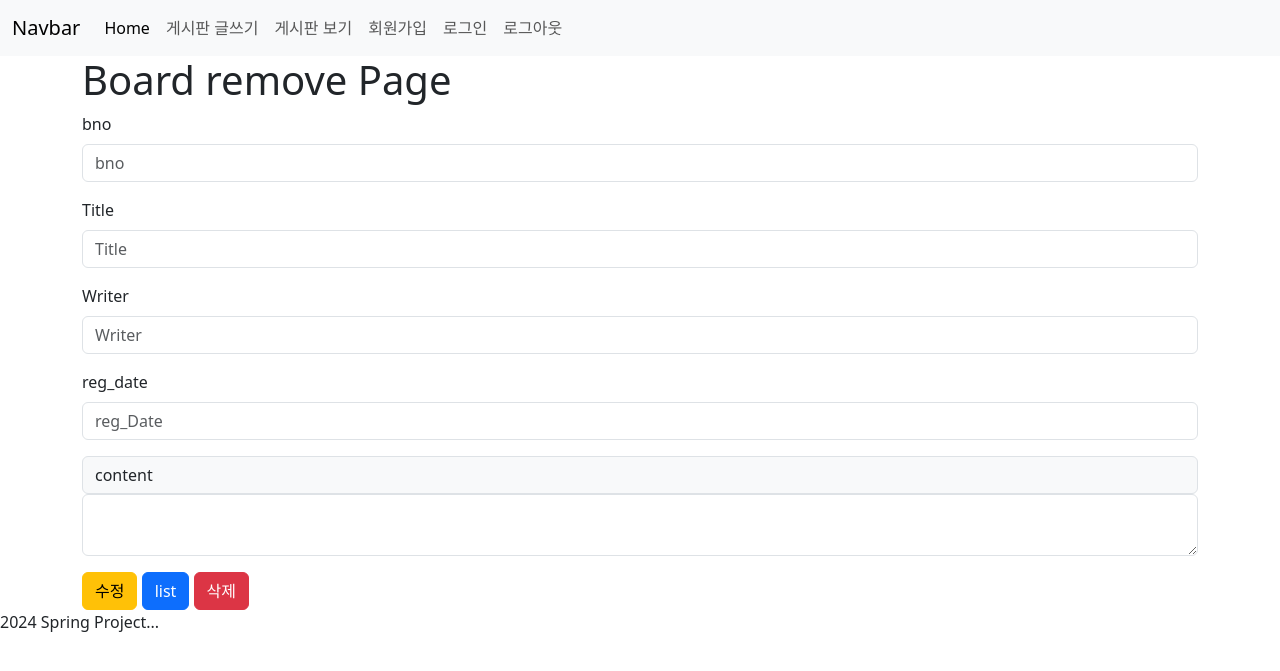
Repository: leegangjin/springTest240430
Page: http://localhost/spring_study/WEB-INF/views/board/remove.jsp
An editor plug-in stored every save of this project. The page is shown before and after the next save, followed by the edit.
The browser window is 1280 px wide. The pictures show the whole page.
The page is served by Tomcat 9. Nobody is signed in. The template is opened directly, without the code that normally fills it, so the values that code supplies are empty.

Above is the page before, as saved 2024-04-24 06:51:02.

After the next save:
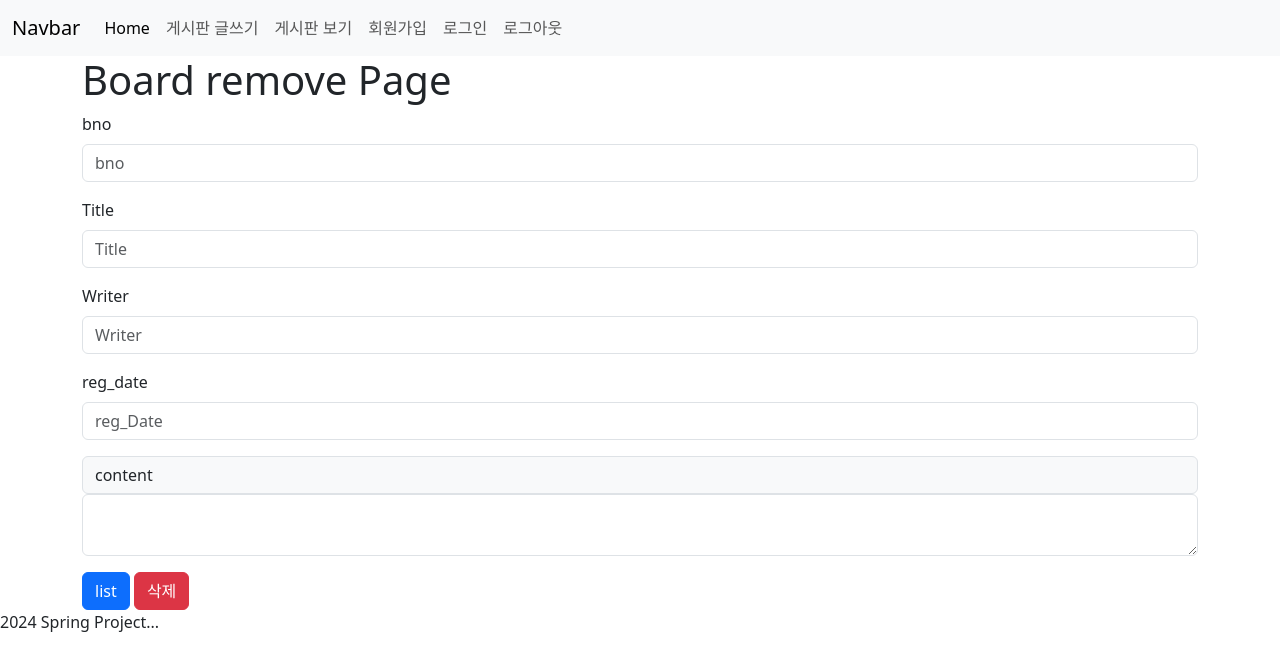
Saved 15 s later.
--- a/spring_study/src/main/webapp/WEB-INF/views/board/remove.jsp
+++ b/spring_study/src/main/webapp/WEB-INF/views/board/remove.jsp
@@ -33,7 +33,7 @@
 		<textarea class="form-control" name="content"
 			aria-label="With textarea">${bvo.content }</textarea>
 	</div>
-	<button type="submit" class="btn btn-warning">수정</button>
+
 
 	<a href="/board/list"><button type="button" class="btn btn-primary">list</button></a>
 	<a href="/board/remove"><button type="button" class="btn btn-danger">삭제</button></a>
